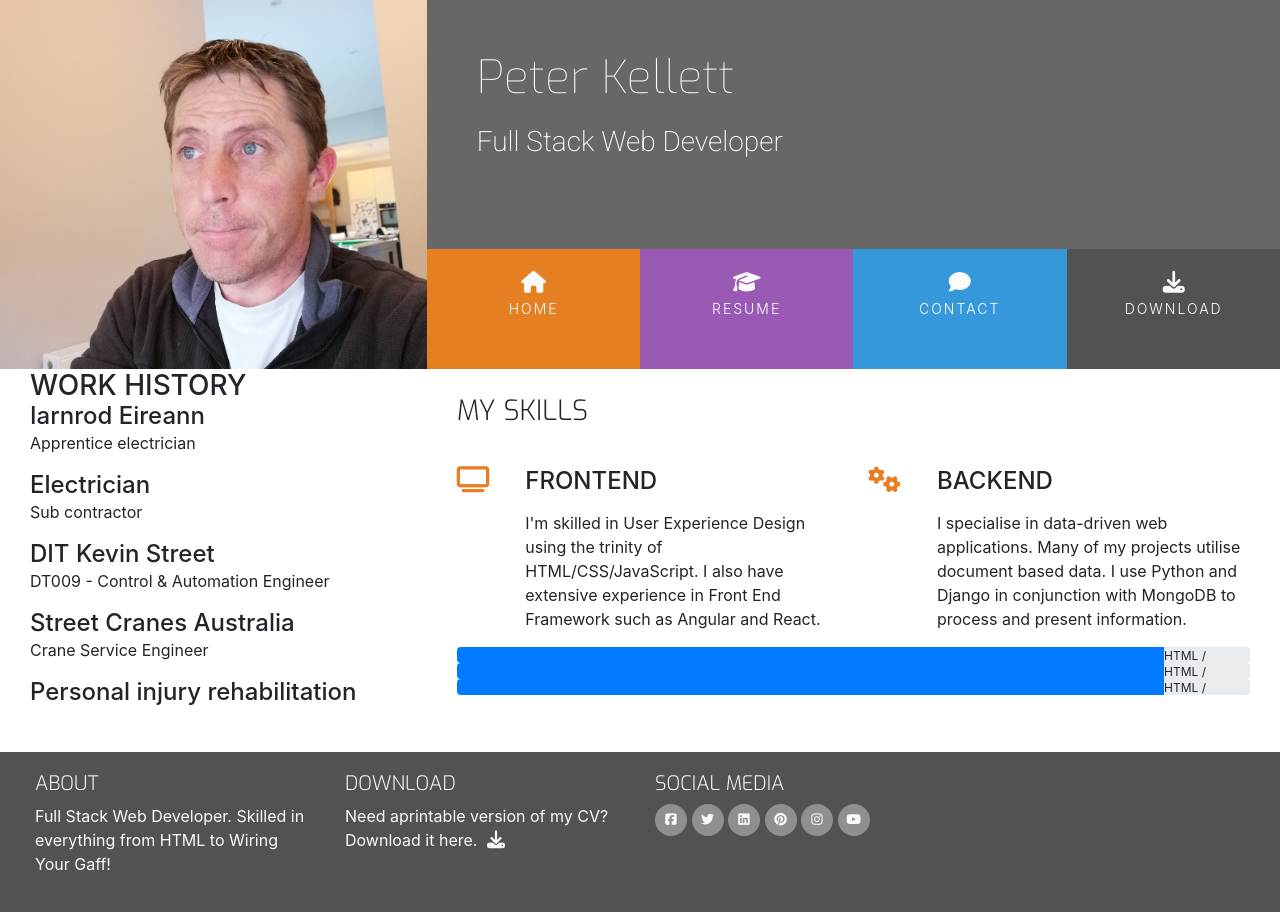
Repository: PeterKellett/resume-tutorial
Page: resume.html
The author's editor kept a record of every edit. The page is drawn from the files as they stood at one moment, then again after the next edit.
The browser window is 1280 px wide. The pictures show the whole page.
Some web libraries are served in a nearby version.

Above is the page before.

After the next edit:
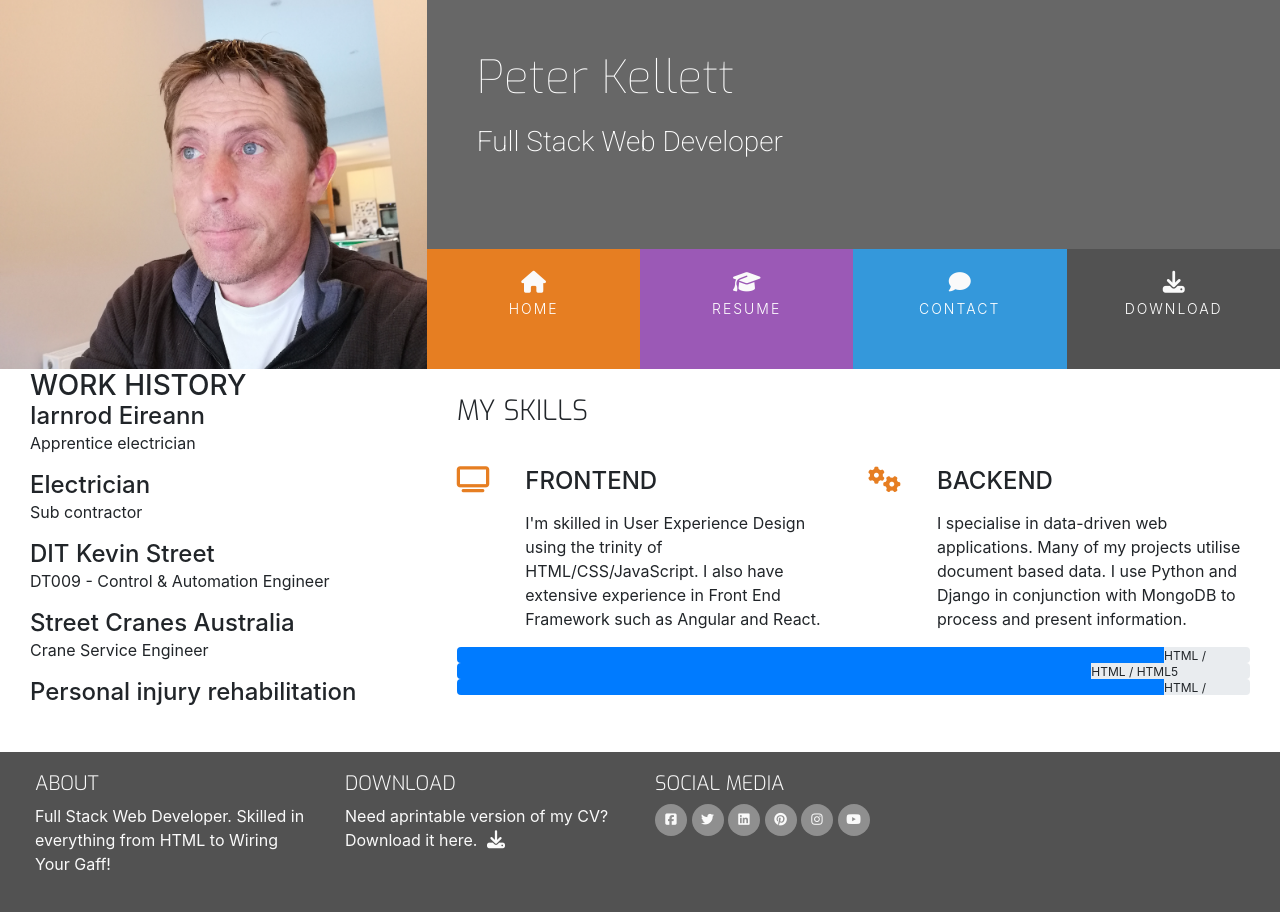
The edit:
--- a/resume.html
+++ b/resume.html
@@ -127,8 +127,8 @@
                 <div class="row">
                     <div class="col">
                         <div class="progress">
-                            <div class="progress-bar" role="progressbar" aria-valuenow="90" aria-valuemin="0" aria-valuemax="100" style="width:90%;">
-                                <span class="sr-only">90% complete</span>
+                            <div class="progress-bar" role="progressbar" aria-valuenow="80" aria-valuemin="0" aria-valuemax="100" style="width:80%;">
+                                <span class="sr-only">80% complete</span>
                             </div>
                             <span class="progress-type">HTML / HTML5</span>
                         </div>
